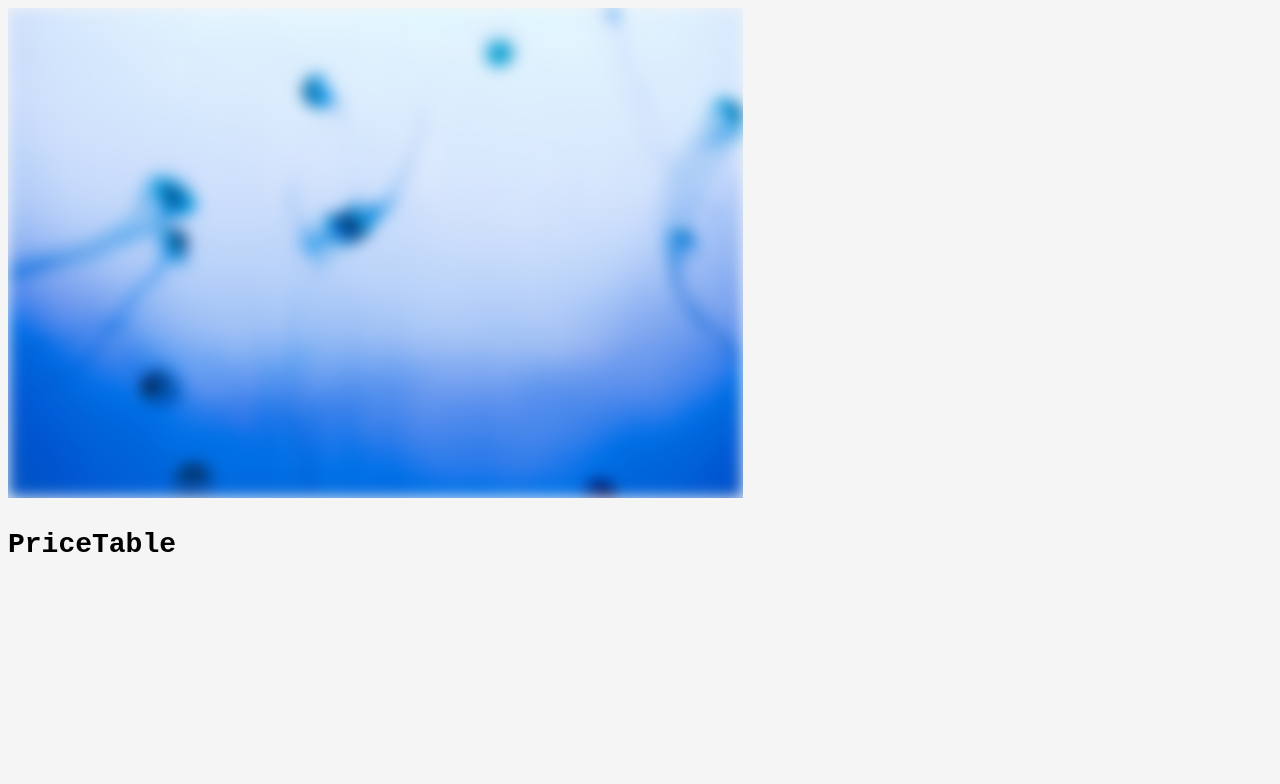
Repository: HoanTiny/pricetable
Page: index.html
These files come from the project's save history. The page is drawn as it stood at one moment and after the next save; the edit follows.
The browser window is 1280 px wide. The pictures show the whole page.

Above is the page before, as saved 2022-07-04 09:56:12.

After the next save:
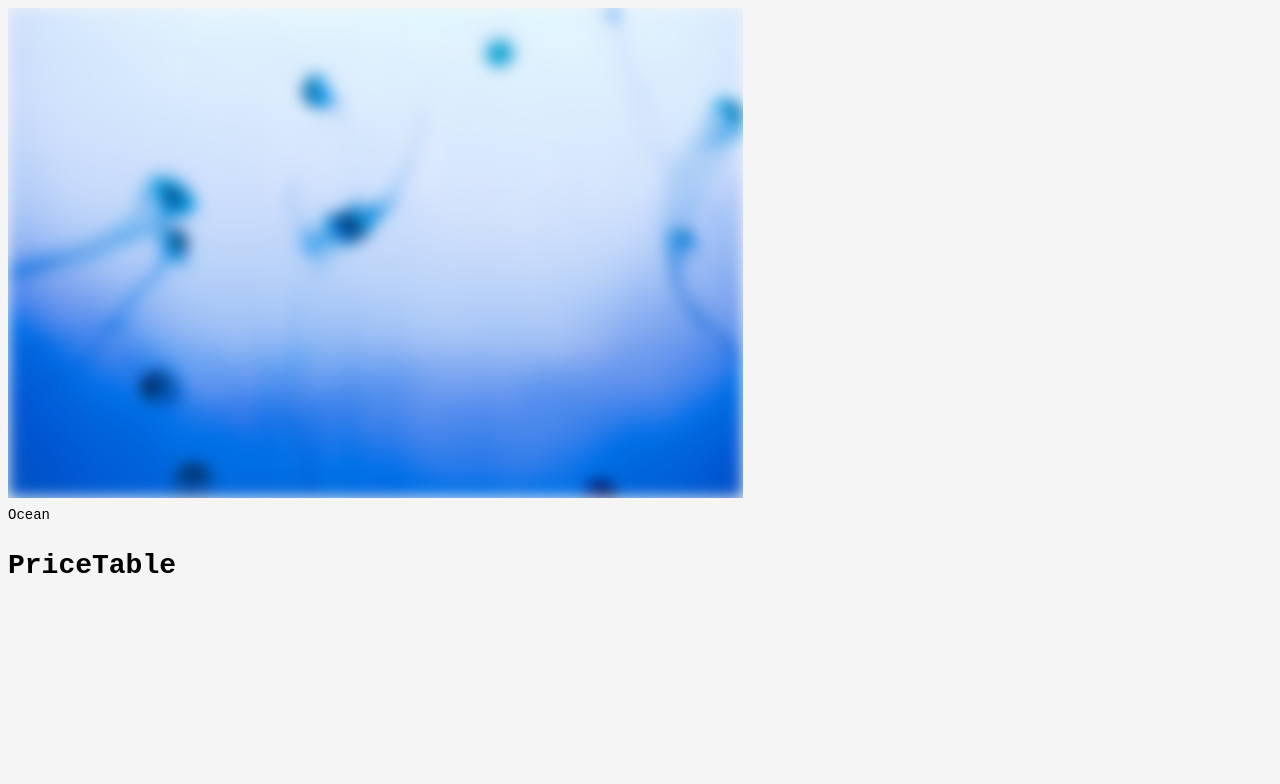
Saved 41 s later.
--- a/index.html
+++ b/index.html
@@ -12,6 +12,7 @@
             <div class="price-table">
                 <div class="img">
                     <img src="./assests/img/ocean.png" alt="logo" />
+                    <span>Ocean</span>
                 </div>
                 <div class="title">
                     <h1>PriceTable</h1>
